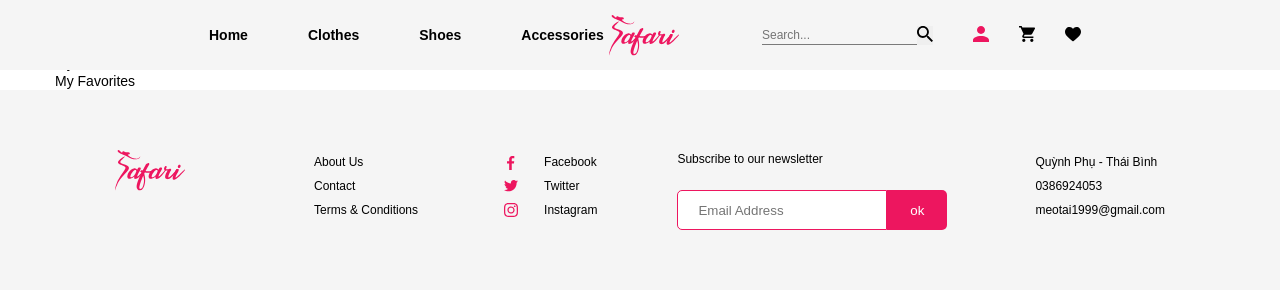
Repository: tboy1999/safari
Page: views/user.html
These files come from the project's save history. The page is drawn as it stood at one moment and after the next save; the edit follows.
The browser window is 1280 px wide. The pictures show the whole page.
Some web libraries are served in a nearby version. The style sheet was rebuilt from its Sass, Less or Tailwind sources for each picture, by a compiler version that may differ from the author's.

Above is the page before, as saved 2022-04-28 14:58:37.

After the next save:
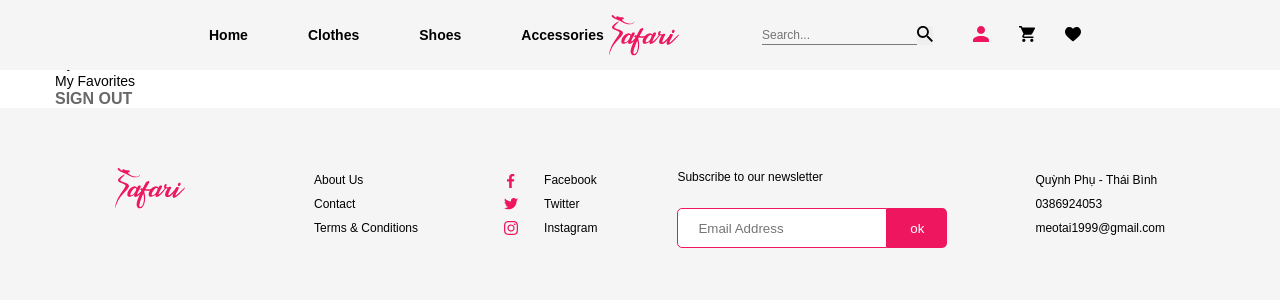
Saved 38 s later.
--- a/views/user.html
+++ b/views/user.html
@@ -62,7 +62,7 @@
               <div class="user__item fz14">Address Book</div>
               <div class="user__item fz14">My Orders</div>
               <div class="user__item fz14">My Favorites</div>
-              <div class="user__item fz14"></div>
+              <div class="user__item fz16">SIGN OUT</div>
             </div>
           </div>
           <div class="col xxl-9"></div>
